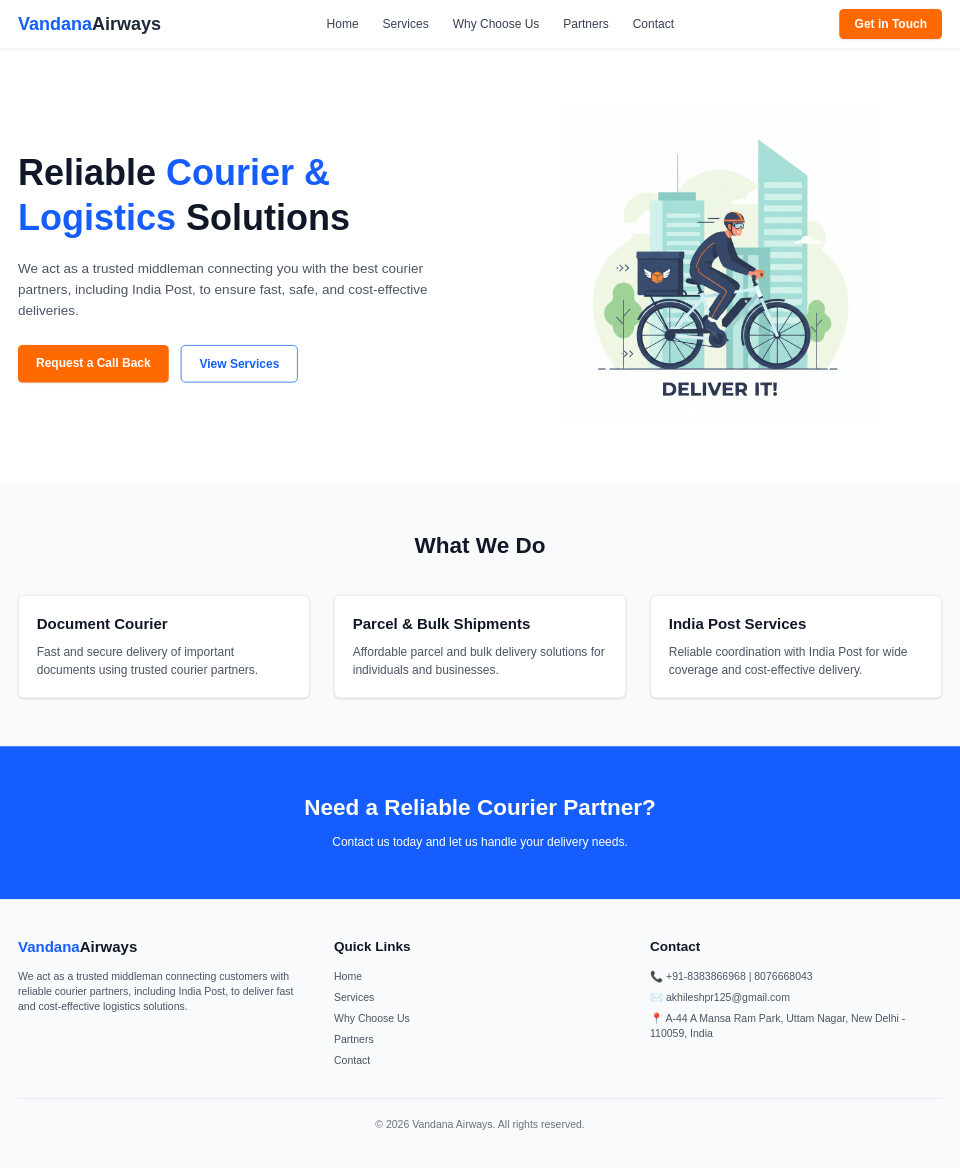
Repository: Rohit-foryou/Courier-Portfolio
Page: /
These files come from the project's save history. The page is drawn as it stood at one moment and after the next save; the edit follows.
The browser window is 1280 px wide. The pictures show the whole page, at 75% of full size.
The project was rebuilt for these pictures with package versions that can differ from the ones it lists, and the page was loaded fresh each time. The framework's server and built-in components were replaced by stand-ins that run in the browser. Also part of the build but not shown: next.config.ts.

Above is the page before, as saved 2026-02-09 20:38:47.

### app/layout.tsx
import "./globals.css";
import Navbar from "../components/Navbar";
import Footer from "../components/Fotter";

export const metadata = {
  title: "Courier Portfolio",
  description: "Courier & logistics service portfolio website",
};

export default function RootLayout({
  children,
}: {
  children: React.ReactNode;
}) {
  return (
    <html lang="en">
      <body>
        <Navbar />
        <main className="min-h-screen">{children}</main>
        <Footer />
      </body>
    </html>
  );
}

### app/page.tsx
import HeroSection from "../components/HeroSection";
import ServicesOverview from "../components/ServiceOverview";
import CTASection from "../components/CTASection";

export default function HomePage() {
  return (
    <>
      <HeroSection />
      <ServicesOverview />
      <CTASection />
    </>
  );
}

### components/Navbar.tsx
import Link from "next/link";

export default function Navbar() {
  return (
<nav className="w-full bg-white border-b border-gray-100 sticky top-0 z-50 shadow-sm">
      <div className="max-w-7xl mx-auto px-6">
        <div className="flex items-center justify-between h-16">

          {/* Logo */}
          <div className="flex items-center">
            <span className="text-2xl font-bold text-blue-600">
              Vandana<span className="text-gray-800">Airways</span>
            </span>
          </div>

          {/* Navigation Links */}
          <div className="hidden md:flex items-center space-x-8 text-gray-700 font-medium">
            <Link href="/"   className="relative hover:text-blue-600 transition after:absolute after:left-0 after:-bottom-1 after:w-0 after:h-[2px] after:bg-orange-500 hover:after:w-full after:transition-all"
>
              Home
            </Link>
            <Link href="/services"  className="relative hover:text-blue-600 transition after:absolute after:left-0 after:-bottom-1 after:w-0 after:h-[2px] after:bg-orange-500 hover:after:w-full after:transition-all"
>
              Services
            </Link>
            <Link href="/why-choose-us"   className="relative hover:text-blue-600 transition after:absolute after:left-0 after:-bottom-1 after:w-0 after:h-[2px] after:bg-orange-500 hover:after:w-full after:transition-all"
>
              Why Choose Us
            </Link>
            <Link href="/partners"   className="relative hover:text-blue-600 transition after:absolute after:left-0 after:-bottom-1 after:w-0 after:h-[2px] after:bg-orange-500 hover:after:w-full after:transition-all"
>
              Partners
            </Link>
            <Link href="/contact"   className="relative hover:text-blue-600 transition after:absolute after:left-0 after:-bottom-1 after:w-0 after:h-[2px] after:bg-orange-500 hover:after:w-full after:transition-all"
>
              Contact
            </Link>
          </div>

          {/* CTA Button */}
          <div className="flex items-center">
            <Link
              href="/contact"
              className="bg-orange-500 text-white px-5 py-2 rounded-md font-semibold hover:bg-orange-600 transition shadow-sm"
            >
              Get in Touch
            </Link>
          </div>
        </div>
      </div>
    </nav>
  );
}

### components/Fotter.tsx
import Link from "next/link";

export default function Footer() {
  return (
    <footer className="bg-gray-50 border-t border-gray-200">
      <div className="max-w-7xl mx-auto px-6 py-12">
        <div className="grid grid-cols-1 md:grid-cols-3 gap-8">
          {/* Brand / About */}
          <div>
            <h3 className="text-xl font-bold text-blue-600">
  Vandana<span className="text-gray-900">Airways</span>
</h3>

            <p className="mt-4 text-gray-600 text-sm">
              We act as a trusted middleman connecting customers with reliable
              courier partners, including India Post, to deliver fast and
              cost-effective logistics solutions.
            </p>
          </div>

          {/* Quick Links */}
          <div>
            <h4 className="text-lg font-semibold text-gray-900 mb-4">
Quick Links</h4>
            <ul className="mt-4 space-y-2 text-sm">
              <li>
                <Link
                  href="/"
                  className="text-gray-600 hover:text-blue-600 transition"
                >
                  Home
                </Link>
              </li>
              <li>
                <Link
                  href="/services"
                  className="text-gray-600 hover:text-blue-600 transition"
                >
                  Services
                </Link>
              </li>
              <li>
                <Link
                  href="/why-choose-us"
                  className="text-gray-600 hover:text-blue-600 transition"
                >
                  Why Choose Us
                </Link>
              </li>
              <li>
                <Link
                  href="/partners"
                  className="text-gray-600 hover:text-blue-600 transition"
                >
                  Partners
                </Link>
              </li>
              <li>
                <Link
                  href="/contact"
                  className="text-gray-600 hover:text-blue-600 transition"
                >
                  Contact
                </Link>
              </li>
            </ul>
          </div>

          {/* Contact Info */}
          <div>
            <h4 className="text-lg font-semibold text-gray-900">Contact</h4>
            <ul className="mt-4 space-y-2 text-gray-600 text-sm">
              <li>📞 +91-8383866968 | 8076668043</li>
              <li>✉️ akhileshpr125@gmail.com</li>
              <li>
                📍 A-44 A Mansa Ram Park, Uttam Nagar, New Delhi - 110059, India
              </li>
            </ul>
          </div>
        </div>

        {/* Bottom Bar */}
        <div className="mt-10 border-t border-gray-200 pt-6 text-center text-sm text-gray-500">
          © {new Date().getFullYear()} Vandana Airways. All rights reserved.
        </div>
      </div>
    </footer>
  );
}

### components/HeroSection.tsx
import Link from "next/link";
import Image from "next/image";

export default function HeroSection() {
  return (
    <section className="bg-white">
      <div className="max-w-7xl mx-auto px-6 py-20 grid grid-cols-1 md:grid-cols-2 gap-12 items-center">
        {/* Left Content */}
        <div>
          <h1 className="text-4xl md:text-5xl font-bold text-gray-900 leading-tight">
            Reliable <span className="text-blue-600">Courier & Logistics</span>{" "}
            Solutions
          </h1>

          <p className="mt-6 text-lg text-gray-600">
            We act as a trusted middleman connecting you with the best courier
            partners, including India Post, to ensure fast, safe, and
            cost-effective deliveries.
          </p>

          {/* CTA Buttons */}
          <div className="mt-8 flex flex-wrap gap-4">
            <Link
              href="/contact"
              className="bg-orange-500 text-white px-6 py-3 rounded-md font-semibold hover:bg-orange-600 transition shadow-sm"
            >
              Request a Call Back
            </Link>

            <Link
              href="/services"
              className="border border-blue-600 text-blue-600 px-6 py-3 rounded-md font-semibold hover:bg-blue-50 transition"
            >
              View Services
            </Link>
          </div>
        </div>

        {/* Right Visual */}
        <div className="flex justify-center">
          <Image
            src="/images/courier-illustration.png"
            alt="Courier and logistics illustration"
            width={420}
            height={320}
            className="object-contain"
            priority
          />
        </div>
      </div>
    </section>
  );
}

### components/ServiceOverview.tsx
import ServiceCard from "./ServiceCard";

export default function ServiceOverview() {
  return (
    <section className="bg-gray-50 py-16">
      <div className="max-w-7xl mx-auto px-6">
        <h2 className="text-3xl font-bold text-center text-gray-900">
          What We Do
        </h2>

        <div className="mt-12 grid grid-cols-1 md:grid-cols-3 gap-8">
          <ServiceCard
            title="Document Courier"
            description="Fast and secure delivery of important documents using trusted courier partners."
          />
          <ServiceCard
            title="Parcel & Bulk Shipments"
            description="Affordable parcel and bulk delivery solutions for individuals and businesses."
          />
          <ServiceCard
            title="India Post Services"
            description="Reliable coordination with India Post for wide coverage and cost-effective delivery."
          />
        </div>
      </div>
    </section>
  );
}

### components/CTASection.tsx
export default function CTASection() {
  return (
    <section className="bg-blue-600 py-16 text-center text-white">
      <h2 className="text-3xl font-bold">
        Need a Reliable Courier Partner?
      </h2>
      <p className="mt-4">
        Contact us today and let us handle your delivery needs.
      </p>
    </section>
  );
}

### components/ServiceCard.tsx
type ServiceCardProps = {
  title: string;
  description: string;
};

export default function ServiceCard({ title, description }: ServiceCardProps) {
  return (
    <div className="bg-white border border-gray-200 rounded-lg p-6 shadow-sm hover:shadow-md transition">
      <h3 className="text-xl font-semibold text-gray-900">{title}</h3>
      <p className="mt-3 text-gray-600">{description}</p>
    </div>
  );
}

Loaded but not shown: app/globals.css (common file)

After the next save:
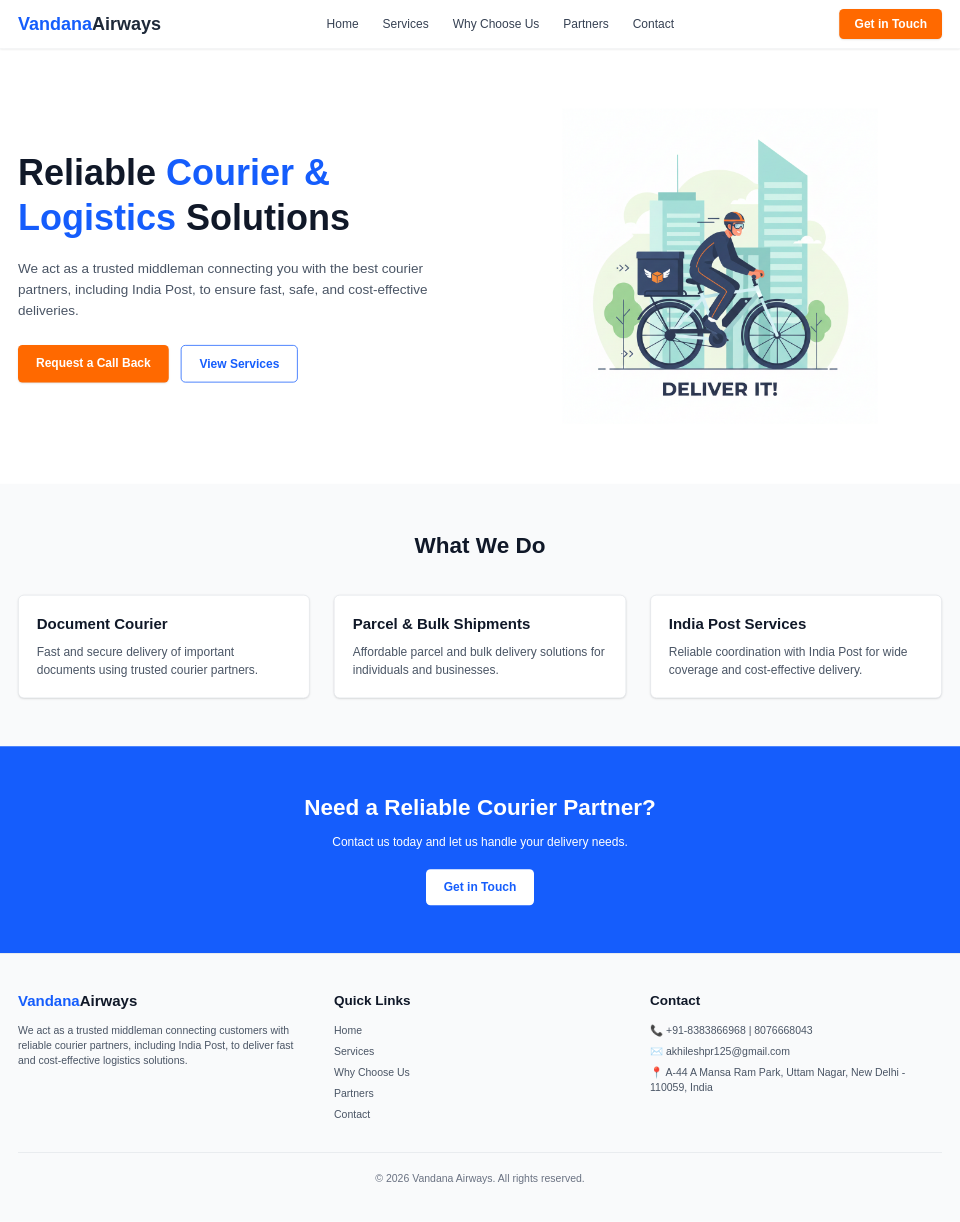
Saved 89 s later.
--- a/components/CTASection.tsx
+++ b/components/CTASection.tsx
@@ -7,6 +7,7 @@
       <p className="mt-4">
         Contact us today and let us handle your delivery needs.
       </p>
+      <button className="mt-6 bg-white text-blue-600 px-6 py-3 rounded-md font-semibold hover:bg-gray-100 transition">Get in Touch</button>
     </section>
   );
 }
